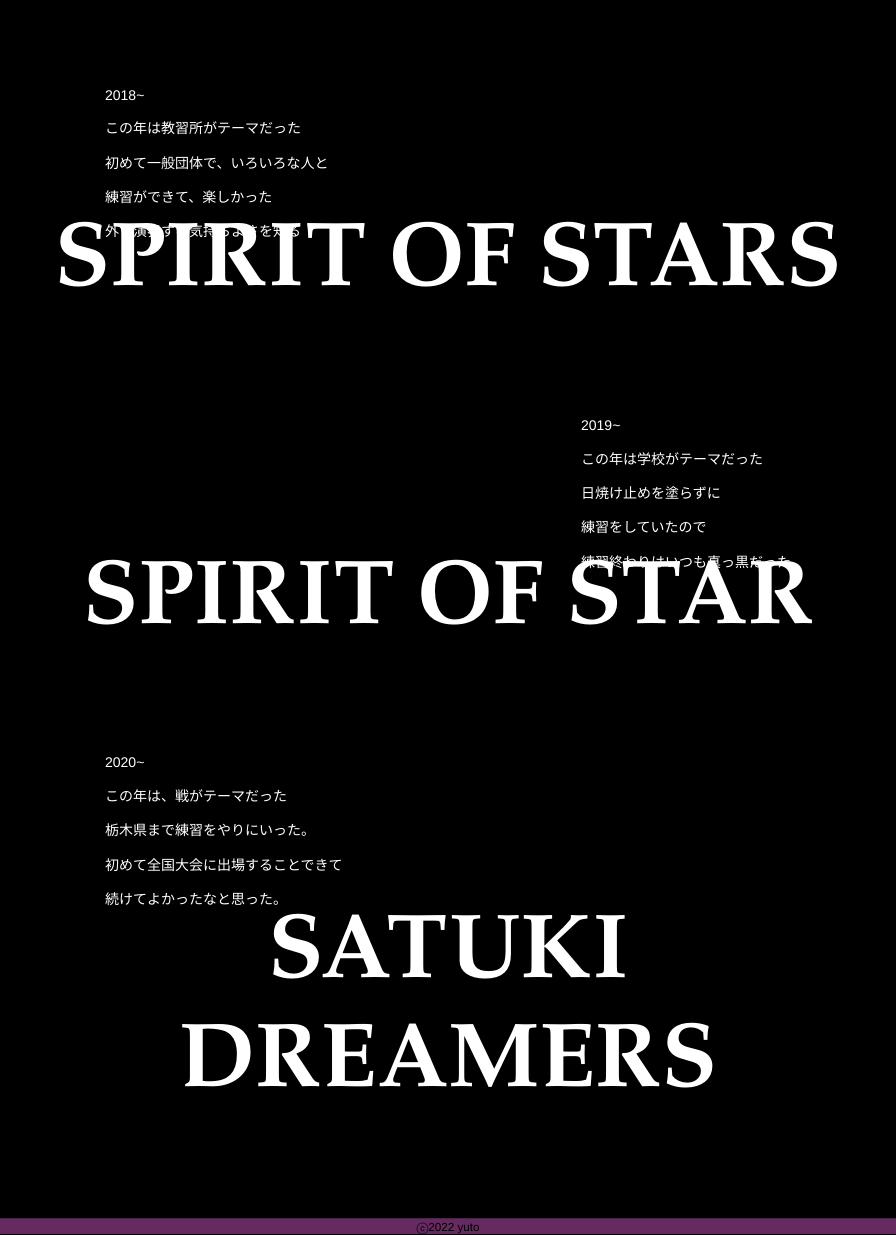
Repository: yutosoma/profile
Page: yuto/marching.html
The author's editor kept a record of every edit. The page is drawn from the files as they stood at one moment, then again after the next edit.
The browser window is 1280 px wide. The pictures show the part of the page from y = 2645 to 4565 px (the page is 4409 px tall before and 4565 px after), at 70% of full size.

Above is the page before.
Console error: TypeError: Cannot read properties of null (reading 'addEventListener')

After the next edit:
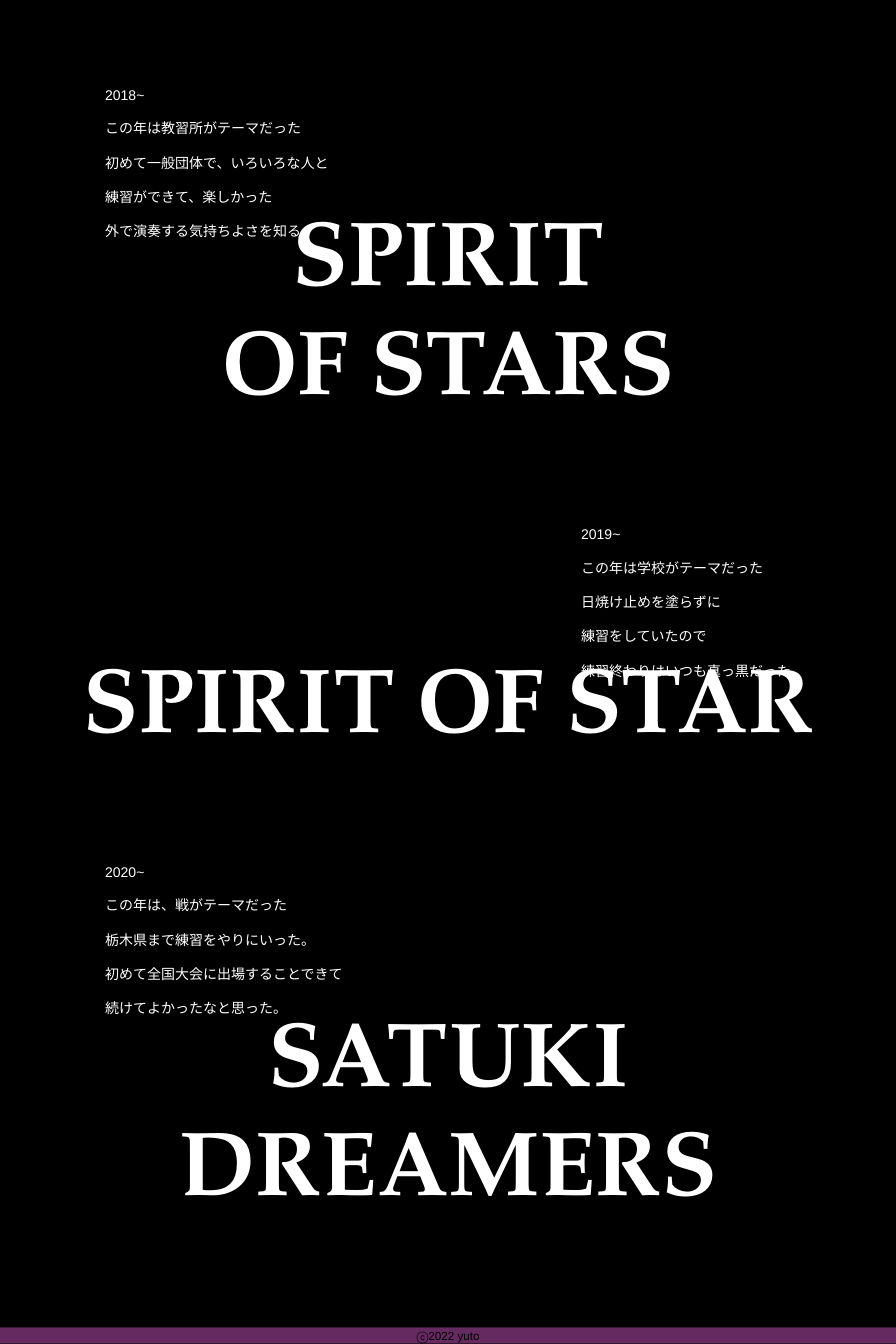
The edit:
--- a/yuto/marching.html
+++ b/yuto/marching.html
@@ -54,7 +54,7 @@
          </div>
          <P><img src="image/mar4.png" class= "mar4"></P>
     </div>
-   <h3>SPIRIT OF STARS</h3>
+   <h3>SPIRIT<span class="br"></span>OF STARS</h3>
 
     <div class ="top-container-left">
          <P><img src="image/mar5.png" class= "mar5"></P>
